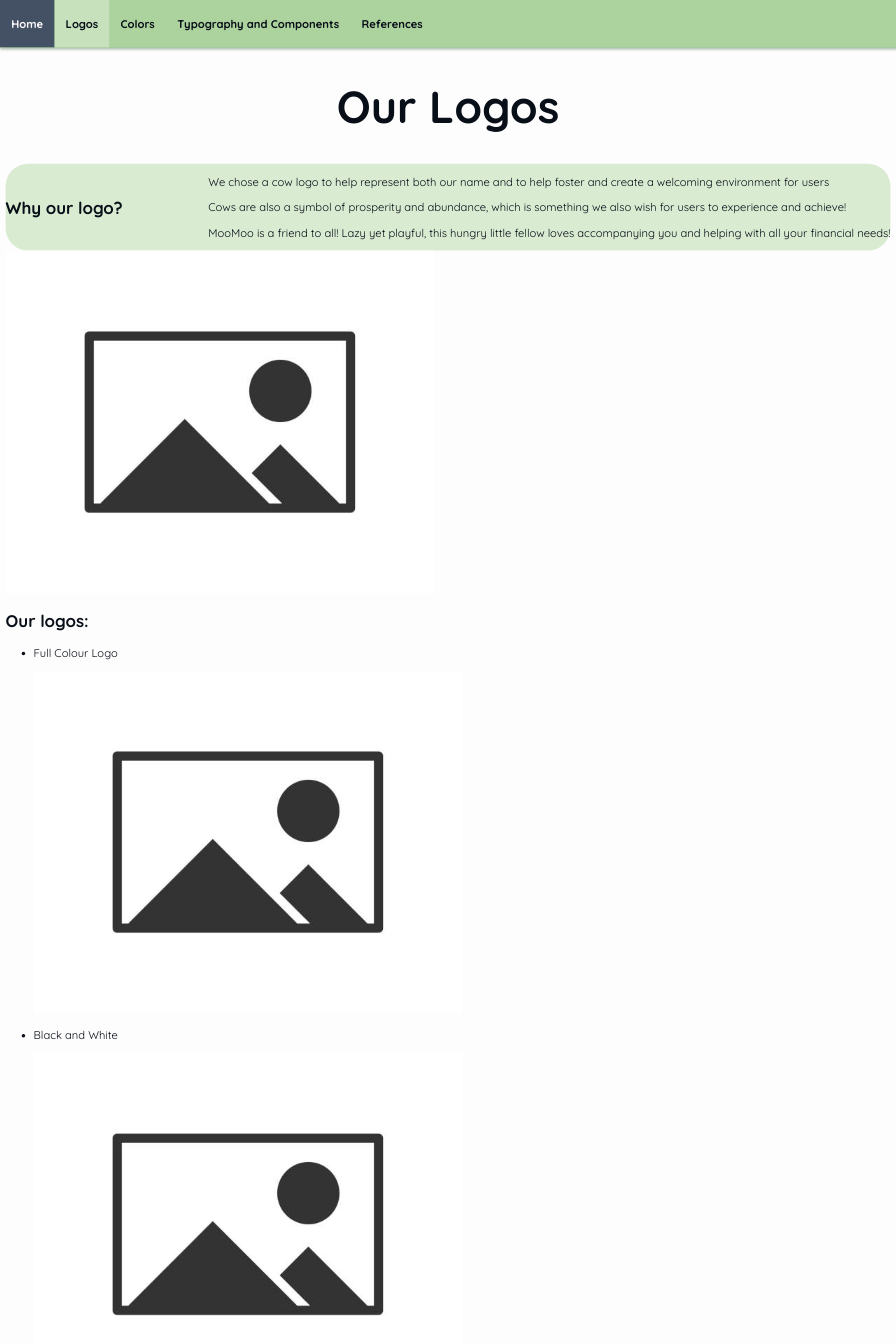
Repository: AlyssaHug/MoolahMate-A5Styleguide
Page: logos.html
These files come from the project's save history. The page is drawn as it stood at one moment and after the next save; the edit follows.
The browser window is 1280 px wide. The pictures show the part of the page from y = 0 to 1920 px (the page is 10880 px tall before and 10940 px after), at 70% of full size.

Above is the page before, as saved 2025-03-31 09:51:44.

### logos.html
<!DOCTYPE html>
<html lang="en">
<head>
    <meta charset="UTF-8">
    <meta name="viewport" content="width=device-width, initial-scale=1.0">
    <title>CashFlow - App StyleGuide</title>
    <link rel="stylesheet" href="styles.css">
    <link rel="stylesheet" href="Logo-styles.css">
    <link rel="preconnect" href="https://fonts.googleapis.com">
<link rel="preconnect" href="https://fonts.gstatic.com" crossorigin>
<link href="https://fonts.googleapis.com/css2?family=Libre+Franklin:ital,wght@0,100..900;1,100..900&family=Quicksand:wght@300..700&display=swap" rel="stylesheet">
<header class="nav">
    <ul class="navbar">
        <li class="navbar__item"><a href="home.html">Home</a></li>
        <li class="navbar__item active"><a href="logos.html">Logos</a></li>
        <li class="navbar__item"><a href="colors.html">Colors</a></li>
        <li class="navbar__item"><a href="typography.html">Typography and Components</a></li>
        <li class="navbar__item"><a href="references.html">References</a></li>
    </ul>
</header>
</head>
<body class="page-content">
    <h1 class="page__title">Our Logos </h1>
<div class = "rationale">
    <h2 class="rationale__title">Why our logo?</h2>
    <div class="rationale__why">
        <p class="rational__why-1">
            We chose a cow logo to help represent both our name and to help foster and create a welcoming environment for users </p>
        <p class="rational__why-2">
            Cows are also a symbol of prosperity and abundance, which is something we also wish for users to experience and achieve!
        </p>
        <p class="rational__why-3">
            MooMoo is a friend to all! Lazy yet playful, this hungry little fellow loves accompanying you and helping with all your financial needs!
        </p>
    </div>
</div>
    <img class="title__image" src="images/placeholder.jpg" alt="">
    <h2 class="logo__title">Our logos:</h2>
    <div class="logo__drawings">
        <ul class="logo__drawings-list">
            <li class="logo-1">
                <p>Full Colour Logo</p>
                <img class="moomoo-1" src="images/placeholder.jpg" alt="">
            </li>
            <li class="logo-2">
                <p>Black and White</p>
                <img class="moomoo-2" src="images/placeholder.jpg" alt="">
            </li>
            <li class="logo-3">
                <p>Greyscale</p>
                <img class="moomoo-3" src="images/placeholder.jpg" alt="">
            </li>
            <li class="logo-4">
                <p>Monochromatic</p>
                <img class="moomoo-4" src="images/placeholder.jpg" alt="">
            </li>
            <li class="logo-5">
                <p>Horizontal Version</p>
                <img class="moomoo-5" src="images/placeholder.jpg" alt="">
            </li>
            <li class="logo-6">
                <p>Stacked/Vertical Version</p>
                <img class="moomoo-6" src="images/placeholder.jpg" alt="">
            </li>
            <li class="logo-7">
                <p>Favicon Variations</p>
                <img class="moomoo-7" src="images/placeholder.jpg" alt="">
                <div class="moomoo-7-variation">
                    <ul>
                        <li>
                            <p>16 by 16 pixels</p>
                            <img class="moomoo-7-variation-1" src="images/placeholder.jpg" alt="">
                        </li>
                        <li>
                            <p>32 by 32 pixels</p>
                            <img class="moomoo-7-variation-2" src="images/placeholder.jpg" alt="">
                        </li>
                        <li>
                            <p>48 by 48 pixels</p>
                            <img class="moomoo-7-variation-3" src="images/placeholder.jpg" alt="">
                        </li>
                    </ul>
                </div>
            </li>
        </ul>
    </div>
    <h1 class="graphics-and-icons__title">Graphics and Icons</h1>
    <img class="graphics-and-icons__image" src="images/placeholder.jpg" alt="">
    <ul class="graphics-and-icons__q&a">
        <li class="graphics-and-icons__1">
            <img class= "graphics-and-icons__img1" src="images/placeholder.jpg">
            <p class="graphics-and-icons__text1">
                With our imagery and icons, we strived for designs that were accessible and inclusive to everyone who used our app. We wanted to use simple icons that were universally known and understood.
            </p>
        </li >
        <li class="graphics-and-icons__2">
            <img class= "graphics-and-icons__img2" src="images/placeholder.jpg">
            <p class="graphics-and-icons__text2">
                We chose Iconduck to help use create a clean and organized Navbar for our users!
            </p>
        </li>
        <li class="graphics-and-icons__3">
            <img class= "graphics-and-icons__img3" src="images/placeholder.jpg">
            <p class="graphics-and-icons__text3">
                Here are some of the icons found in our app! We believe in both simple and playful designs that engage the user!
            </p>
        </li>
        <li class="graphics-and-icons__4">
            <img class= "graphics-and-icons__img4" src="images/placeholder.jpg">
            <p class="graphics-and-icons__text4">
                We also believe that even the subtlest touches can improve our users experience. Take a look at our various design elements scattered through our app!
            </p>
        </li>
        <li class="graphics-and-icons__5">
            <img class= "graphics-and-icons__img5" src="images/placeholder.jpg">
            <p class="graphics-and-icons__text5">
                We also made sure to include a dark mode for those who may struggle with our original colour palette.
            </p>
        </li>
    </ul>
    <ul class="graphics-and-icons_pt2">
        <li class="graphics-and-icons__6">
            <p class="graphics-and-icons__text6">
                We chose the imagery and icons in our app due to both their inclusivity and accessibility. The icons are simple and understandable for our users, after all, expenses and banking are already difficult as is. We wanted something all users would be able to navigate and use with ease to ensure security and trust in our app. We made sure our icons and image sizing were just right for everyone. We also did various tests with our colours to make sure the contrast was right for all users.
            </p>
            <img class= "graphics-and-icons__img6" src="images/placeholder.jpg">
        </li>
        <li class="graphics-and-icons__7">
            <p class="graphics-and-icons__text7">
                We chose to keep our app simple, clean, and calming to meet the needs and preferences of our users. Privacy, complexity, and a lack of accessibility are all problems many people face with expense apps, and we aimed to eliminate these issues. Our clean designs, stable colours and straightforward imagery all foster a welcoming and inclusive user experience.
            </p>
            <img class= "graphics-and-icons__img7" src="images/placeholder.jpg">
        </li>
    </ul>


</body>
</html>

### styles.css
html {
    font-family: "Quicksand", "Libre Franklin";
    color: #090F19;
    background-color: #FEFDFD;
}

.navbar{
    position: fixed;
    top: 0;
    left: 0;
    width: 105%;
    list-style-type: none;
    margin-top: -10px;
    padding: 0;
    padding-top: 10px;
    overflow: hidden;
    background-color: #ACD39D;
    box-shadow: 0 4px 4px #01430e61;
}
.navbar__item {
    float: left;
    text-align: center;
}

li a {
    display: block;
    padding: 24px 16px;
        color: #090F19;
    text-decoration: none;
    font-weight: bold;
}
li a:hover {
    color: #FEFDFD;
    background-color: #445063;
}
.active {
    background-color: #C6E1BB;
    color: #526F53;
}
.page-title {
font-size: 60px;
text-align: center;
}
.page-content {
    padding-top: 60px;
}

### Logo-styles.css
.page__title {
    text-align: center;
    font-size: 4em;
}

.rationale {
    display: flex;
    background-color: #d9ebd1;
    border-radius: 2em;
    align-items: center;
    justify-content: center;
    margin: 0 auto;
    gap: 20px
}

.rationale__title {
flex: 1;

}

After the next save:
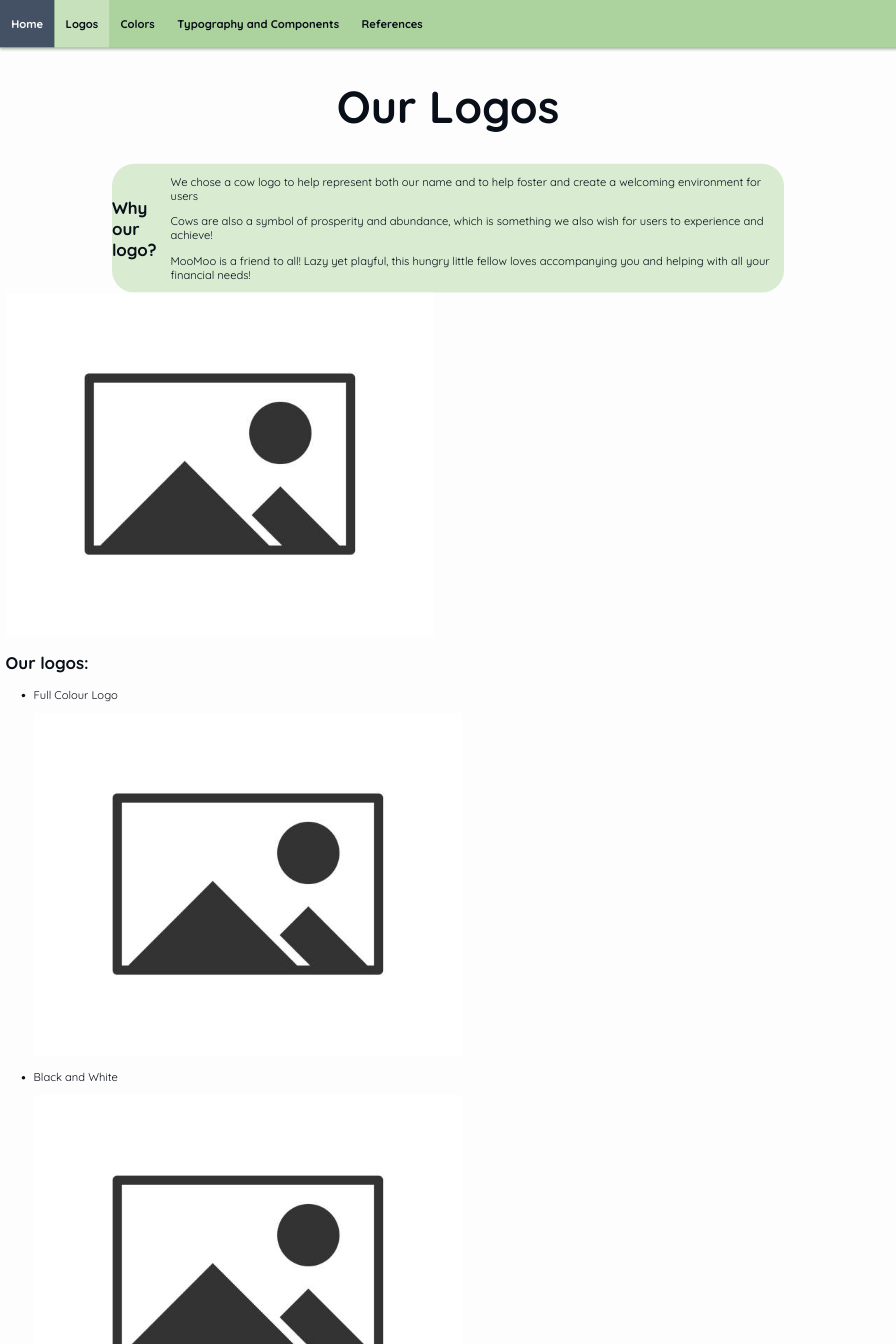
Saved 11 s later.
--- a/Logo-styles.css
+++ b/Logo-styles.css
@@ -10,7 +10,8 @@
     align-items: center;
     justify-content: center;
     margin: 0 auto;
-    gap: 20px
+    gap: 20px;
+    max-width: 60em;
 }
 
 .rationale__title {
